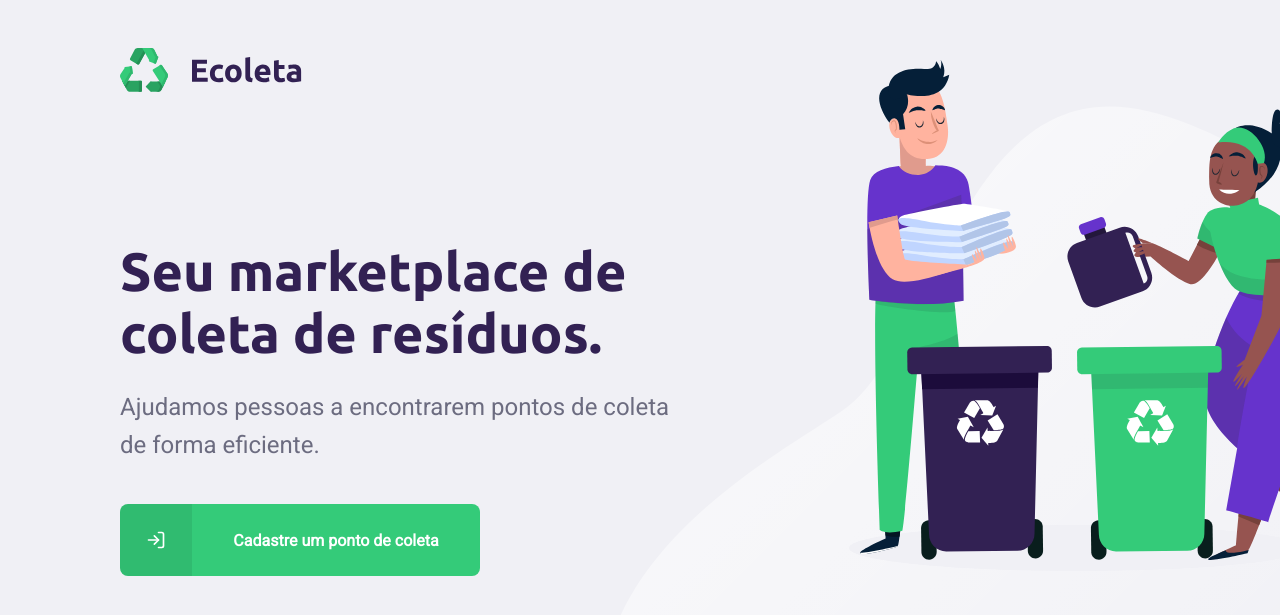
Repository: Andr3Souza/NLW-01-Ecoleta
Page: / (app in web/)
The author's editor kept a copy of each file at every save. The page is drawn from the files as they stood at one save, then again after a run of saves.
The browser window is 1280 px wide. The pictures show the whole page.
The project was rebuilt for these pictures with package versions that can differ from the ones it lists, and the page was loaded fresh each time.

Above is the page before, as saved 2020-06-03 21:57:32.

After the next 2 saves:
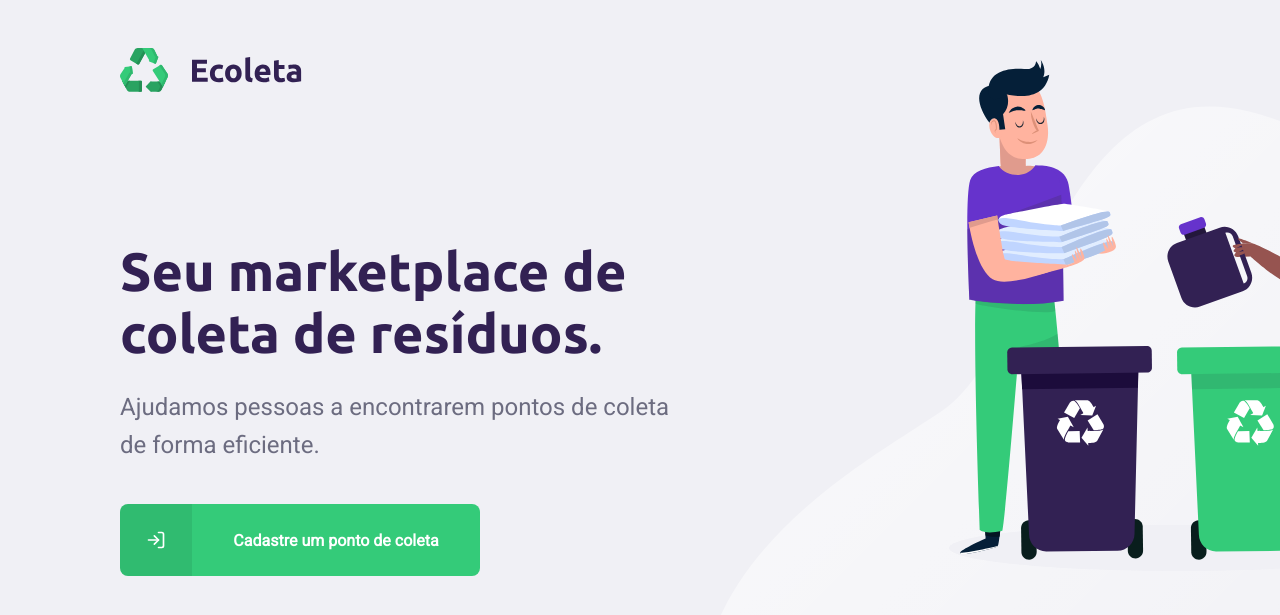
The 2 saves are shown as one change because they came seconds apart.
The last was saved 33 s later.
--- a/web/src/pages/Home/styles.css
+++ b/web/src/pages/Home/styles.css
@@ -1,7 +1,7 @@
 #page-home {
   height: 100vh;
 
-  background: url("../../assets/home-background.svg") no-repeat 600px bottom;
+  background: url("../../assets/home-background.svg") no-repeat 700px bottom;
 }
 
 #page-home .content {
